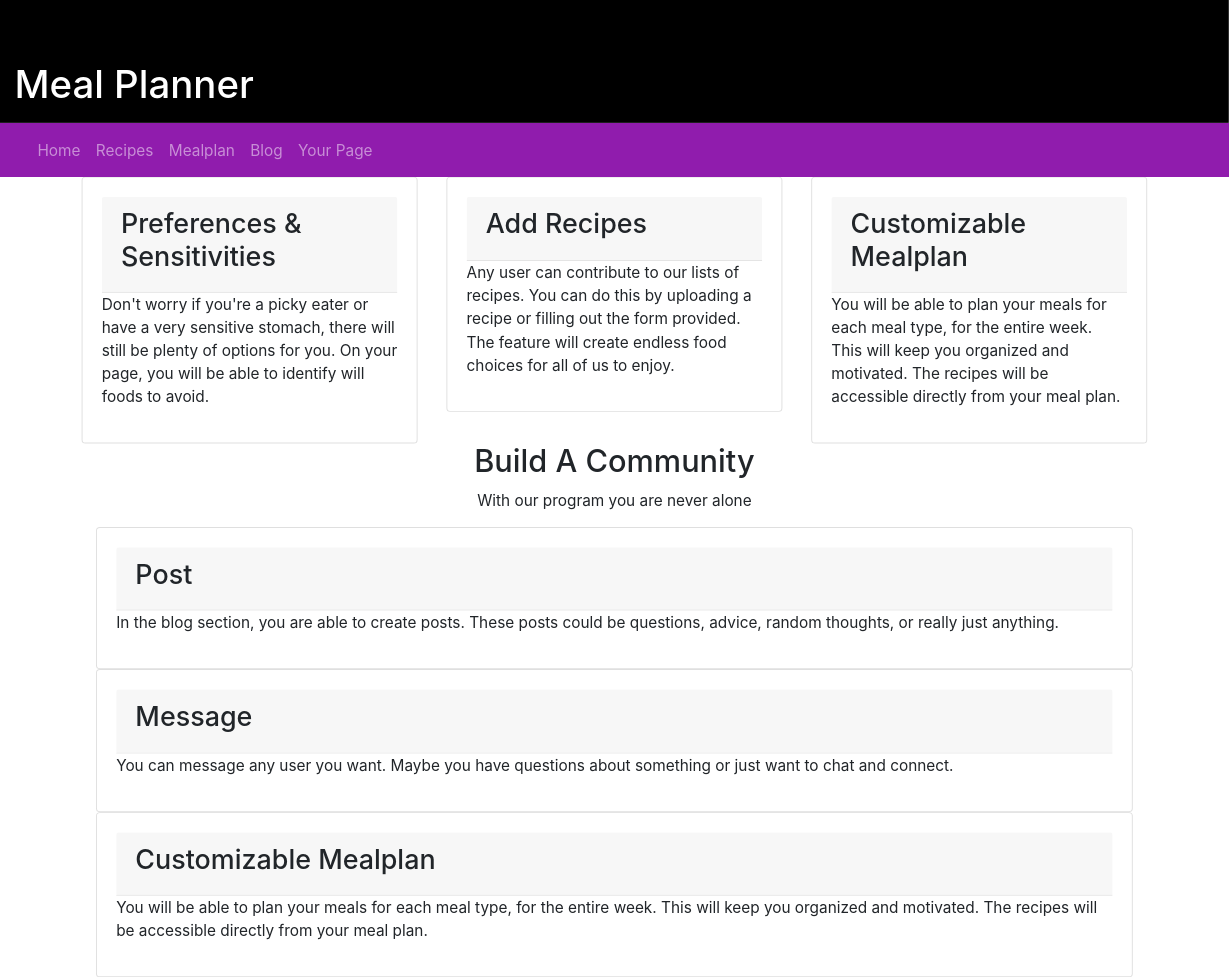
Repository: madisonisfan/mealplanner-react
Page: /
An editor plug-in stored every save of this project. The page is shown before and after the next save, followed by the edit.
The browser window is 1280 px wide. The pictures show the whole page, at 96% of full size.
The project was rebuilt for these pictures with package versions that can differ from the ones it lists, and the page was loaded fresh each time.

Above is the page before, as saved 2021-04-18 13:52:18.

### src/App.js
import React, { Component } from "react";
import "./App.css";
import Main from "./components/MainComponent";
import { BrowserRouter } from "react-router-dom";

class App extends Component {
  render() {
    return (
      <BrowserRouter>
        <div className="App">
          <Main />
        </div>
      </BrowserRouter>
    );
  }
}

export default App;

### src/App.css
.jumbotron {
  height: 100px;
  margin: 0px !important;
  background-color: black !important;
  color: white;
}

.navbar {
  background-color: #901cad;
  color: white;
}

### src/components/MainComponent.js
import React, { Component } from "react";
import Home from "./HomeComponent";
import MainHeader from "./HeaderComponent";
import { Switch, Route, Redirect } from "react-router-dom";

class Main extends Component {
  constructor(props) {
    super(props);
    this.state = {};
  }

  render() {
    return (
      <div>
        <MainHeader />
        <Switch>
          <Route path="/home" component={Home} />
          <Redirect to="/home" />
        </Switch>
      </div>
    );
  }
}
export default Main;

### src/components/HomeComponent.js
import React from "react";
import {
  Card,
  CardHeader,
  CardImg,
  CardText,
  CardBody,
  CardTitle,
} from "reactstrap";

function Home(props) {
  return (
    <div className="container">
      <div className="row">
        <div className="col">
          <Card>
            <CardBody>
              <CardHeader>
                <h3>Preferences & Sensitivities</h3>
              </CardHeader>
              <p>
                Don't worry if you're a picky eater or have a very sensitive
                stomach, there will still be plenty of options for you. On your
                page, you will be able to identify will foods to avoid.
              </p>
            </CardBody>
          </Card>
        </div>
        <div className="col">
          <Card>
            <CardBody>
              <CardHeader>
                <h3>Add Recipes</h3>
              </CardHeader>
              <p>
                Any user can contribute to our lists of recipes. You can do this
                by uploading a recipe or filling out the form provided. The
                feature will create endless food choices for all of us to enjoy.
              </p>
            </CardBody>
          </Card>
        </div>
        <div className="col">
          <Card>
            <CardBody>
              <CardHeader>
                <h3>Customizable Mealplan</h3>
              </CardHeader>
              <p>
                You will be able to plan your meals for each meal type, for the
                entire week. This will keep you organized and motivated. The
                recipes will be accessible directly from your meal plan.
              </p>
            </CardBody>
          </Card>
        </div>

        <div className="col-12 text-center">
          <h2>Build A Community</h2>
          <p>With our program you are never alone</p>
        </div>
      </div>

      <div className="col">
        <Card>
          <CardBody>
            <CardHeader>
              <h3>Post</h3>
            </CardHeader>
            <p>
              In the blog section, you are able to create posts. These posts
              could be questions, advice, random thoughts, or really just
              anything.
            </p>
          </CardBody>
        </Card>
      </div>
      <div className="col">
        <Card>
          <CardBody>
            <CardHeader>
              <h3>Message</h3>
            </CardHeader>
            <p>
              You can message any user you want. Maybe you have questions about
              something or just want to chat and connect.
            </p>
          </CardBody>
        </Card>
      </div>
      <div className="col">
        <Card>
          <CardBody>
            <CardHeader>
              <h3>Customizable Mealplan</h3>
            </CardHeader>
            <p>
              You will be able to plan your meals for each meal type, for the
              entire week. This will keep you organized and motivated. The
              recipes will be accessible directly from your meal plan.
            </p>
          </CardBody>
        </Card>
      </div>
      {/*row*/}
    </div> //container
  );
}

export default Home;

### src/components/HeaderComponent.js
import React, { Component } from "react";
import {
  Jumbotron,
  Navbar,
  NavbarBrand,
  NavItem,
  NavLink,
  NavbarToggler,
  Collapse,
  Nav,
} from "reactstrap";

function MainHeader(props) {
  return (
    <React.Fragment>
      <Jumbotron fluid>
        <div className="container-fluid">
          <div className="row  align-items-center">
            <div className="col">
              <h1>Meal Planner</h1>
            </div>
          </div>
        </div>
      </Jumbotron>
      <MainNav />
    </React.Fragment>
  );
}

class MainNav extends Component {
  constructor(props) {
    super(props);
    this.state = {
      isNavOpen: true,
    };
  }
  toggleNav() {
    this.setState({ isNavOpen: !this.state.isNavOpen });
  }

  render() {
    return (
      <Navbar dark sticky="top" expand="md">
        <div className="container-fluid">
          <NavbarToggler isClick={this.toggleNav}></NavbarToggler>
          <Collapse isOpen={this.state.isNavOpen} navbar>
            <Nav navbar>
              <NavItem>
                <NavLink className="nav-link" to="/home">
                  Home
                </NavLink>
              </NavItem>
              <NavItem>
                <NavLink className="nav-link" to="/recipes">
                  Recipes
                </NavLink>
              </NavItem>
              <NavItem>
                <NavLink className="nav-link" to="/mealplan">
                  Mealplan
                </NavLink>
              </NavItem>
              <NavItem>
                <NavLink className="nav-link" to="/blog">
                  Blog
                </NavLink>
              </NavItem>
              <NavItem>
                <NavLink className="nav-link" to="/yourpage">
                  Your Page
                </NavLink>
              </NavItem>
            </Nav>
          </Collapse>
        </div>
      </Navbar>
    );
  }
}

export default MainHeader;

Loaded but not shown: public/index.html (common file); src/index.js (common file); src/index.css (common file); src/reportWebVitals.js (common file)

After the next save:
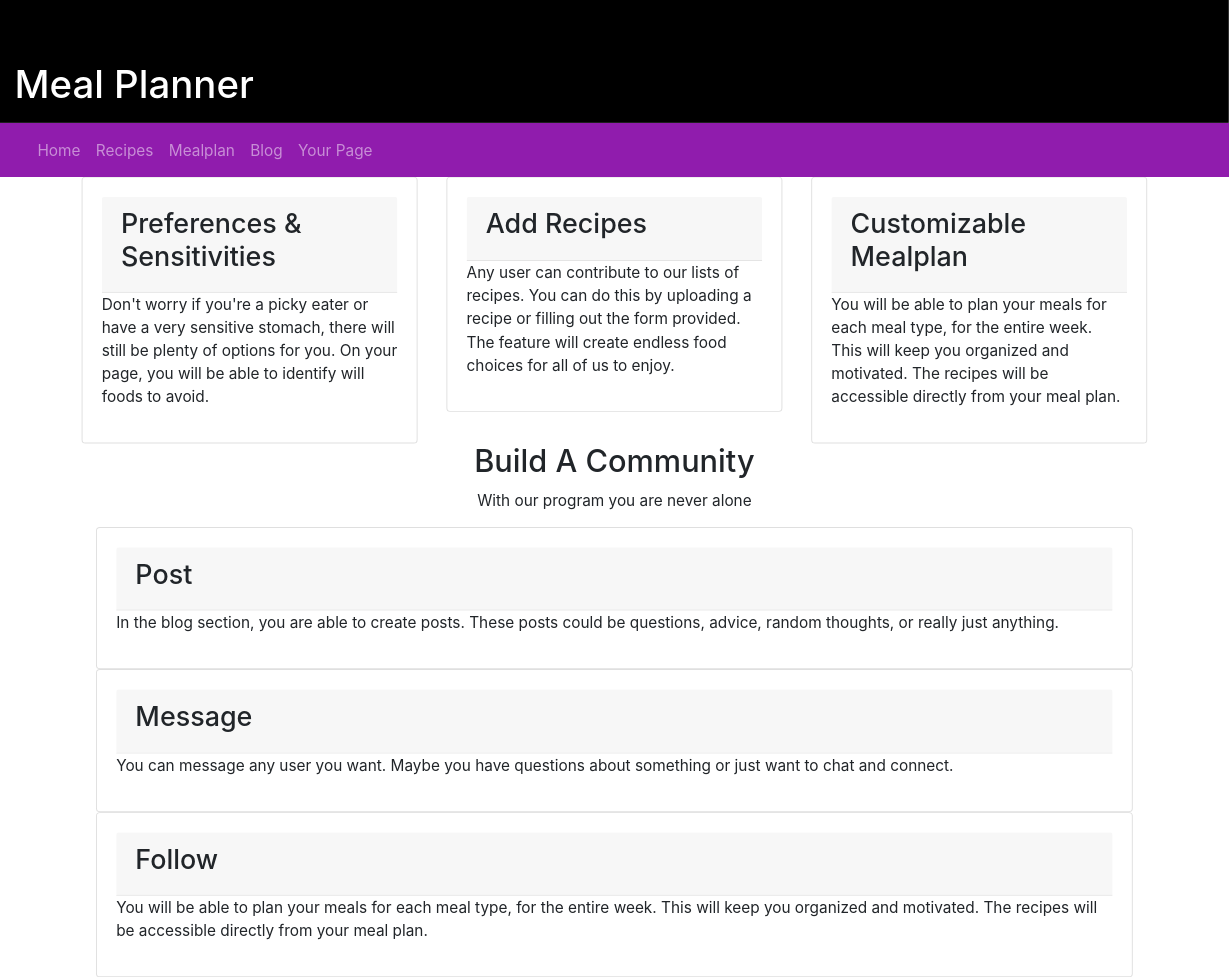
Saved 25 s later.
--- a/src/components/HomeComponent.js
+++ b/src/components/HomeComponent.js
@@ -92,7 +92,7 @@
         <Card>
           <CardBody>
             <CardHeader>
-              <h3>Customizable Mealplan</h3>
+              <h3>Follow</h3>
             </CardHeader>
             <p>
               You will be able to plan your meals for each meal type, for the
